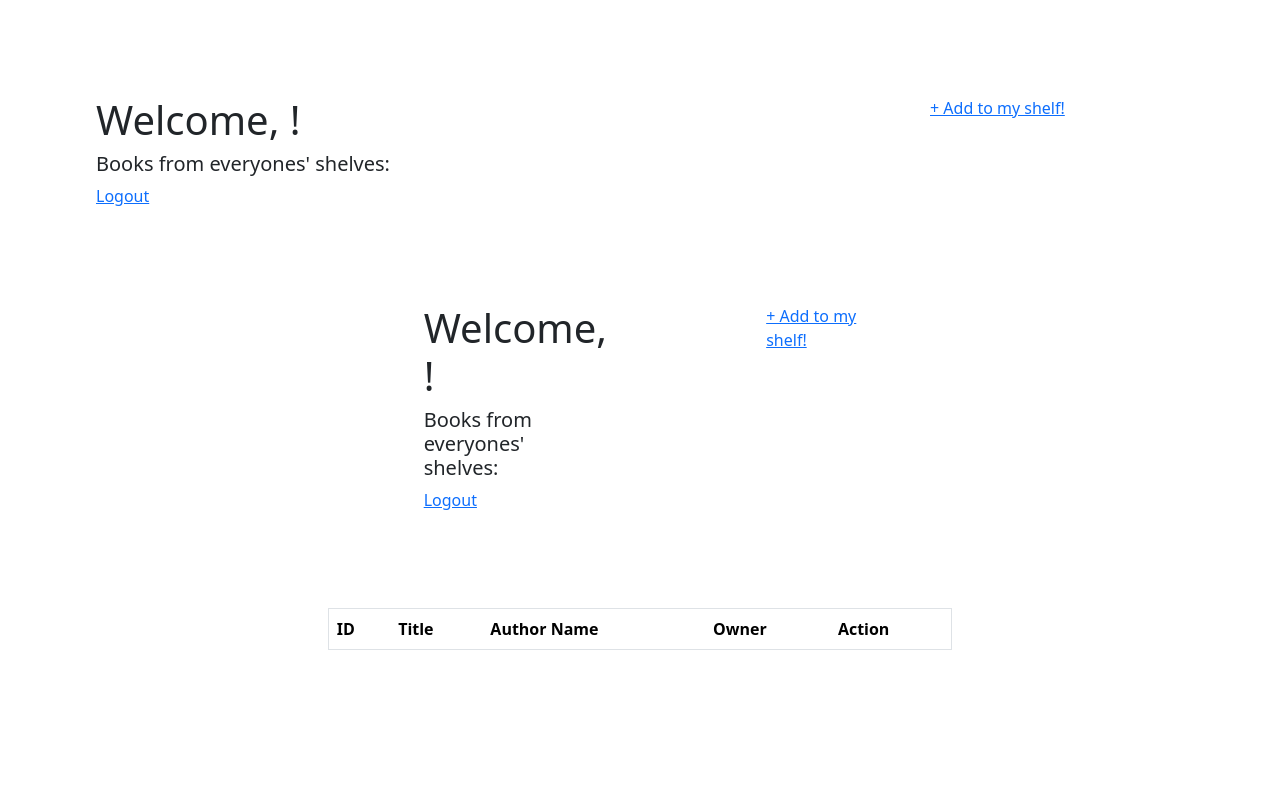
Repository: ShathaMorales/Java-Stack
Page: http://localhost/LoginRegistration/WEB-INF/home.jsp
These files come from the project's save history. The page is drawn as it stood at one moment and after the next save; the edit follows.
The browser window is 1280 px wide. The pictures show the whole page.
The page is served by Tomcat 10. Nobody is signed in. Other server files are loaded and not shown. The template is opened directly, without the code that normally fills it, so the values that code supplies are empty.

Above is the page before, as saved 2023-05-13 15:15:52.

### _java/FullSpring/BookBroker/LoginRegistration/src/main/webapp/WEB-INF/home.jsp
<%@ page language="java" contentType="text/html; charset=UTF-8" pageEncoding="UTF-8"%>
<!-- c:out ; c:forEach etc. -->
<%@ taglib prefix = "c" uri = "http://java.sun.com/jsp/jstl/core" %>
<!-- Formatting (dates) -->
<%@ taglib uri="http://java.sun.com/jsp/jstl/fmt" prefix="fmt"  %>
<!-- form:form -->
<%@ taglib prefix="form" uri="http://www.springframework.org/tags/form"%>
<!-- for rendering errors on PUT routes -->
<%@ page isErrorPage="true" %>
<!DOCTYPE html>
<html>
<head>
<meta charset="UTF-8">
<link href="https://cdn.jsdelivr.net/npm/bootstrap@5.3.0-alpha3/dist/css/bootstrap.min.css" rel="stylesheet" integrity="sha384-KK94CHFLLe+nY2dmCWGMq91rCGa5gtU4mk92HdvYe+M/SXH301p5ILy+dN9+nJOZ" crossorigin="anonymous">
<title>Dashboard</title>
</head>
<body>
    <div class = "container-md-fluid m-5 p-5">
        <div class = "row justify-content-between">
            <div class = "col-5">
                <h1>Welcome, <c:out value="${userName}"></c:out>!</h1>
                <h5>Books from everyones' shelves:</h5>
                <a href="/logout">Logout</a>
            </div>
              <div class = "col-3 ">
              <!-- <a href="/logout">Logout</a> -->
              <a href="/books/new">+ Add to my shelf!</a>
            </div>
        </div>
           <div class = "row justify-content-center">
            <div class = "col-7 align-self-center">
            	<table class="table border col-5 mb-5">
            	    <div class = "container-md-fluid m-5 p-5">
        <div class = "row justify-content-between">
            <div class = "col-5">
                <h1>Welcome, <c:out value="${userName}"></c:out>!</h1>
                <h5>Books from everyones' shelves:</h5>
                <a href="/logout">Logout</a>
            </div>
              <div class = "col-3 ">
              <!-- <a href="/logout">Logout</a> -->
              <a href="/books/new">+ Add to my shelf!</a>
            </div>
        </div>
				  <thead>
				    <tr>
				      <th scope="col">ID</th>
				      <th scope="col">Title</th>
				      <th scope="col">Author Name</th>
				      <th scope="col">Owner</th>
				      <th scope="col">Action</th>
				    </tr>
				  </thead>
				  <tbody>
				  <c:forEach var="book" items="${books}">
				    <tr>
				      <th scope="row"><c:out value="${book.id}"></c:out></th>
				      <td><a href="/books/${book.id}"><c:out value="${book.title}"></c:out></a></td>
				      <td><c:out value="${book.author}"></c:out></td>
				      <td><c:out value="${book.user.userName}"></c:out></td>
				      <c:if test = "${user_id == book.user.id}">
				      		<td><a href="/books/${book.id}/edit">edit</a> | <a href="/books/${book.id}/delete">delete</a></td>
				      </c:if>
				      <c:if test = "${user_id != book.user.id}">
				      		<td><a href="/books/${book.id}/borrow">borrow</a></td>
				      </c:if>
				    </tr>
				    </c:forEach>
				</table>
            </div>
        </div>
    </div>
</body>
</html>

After the next save:
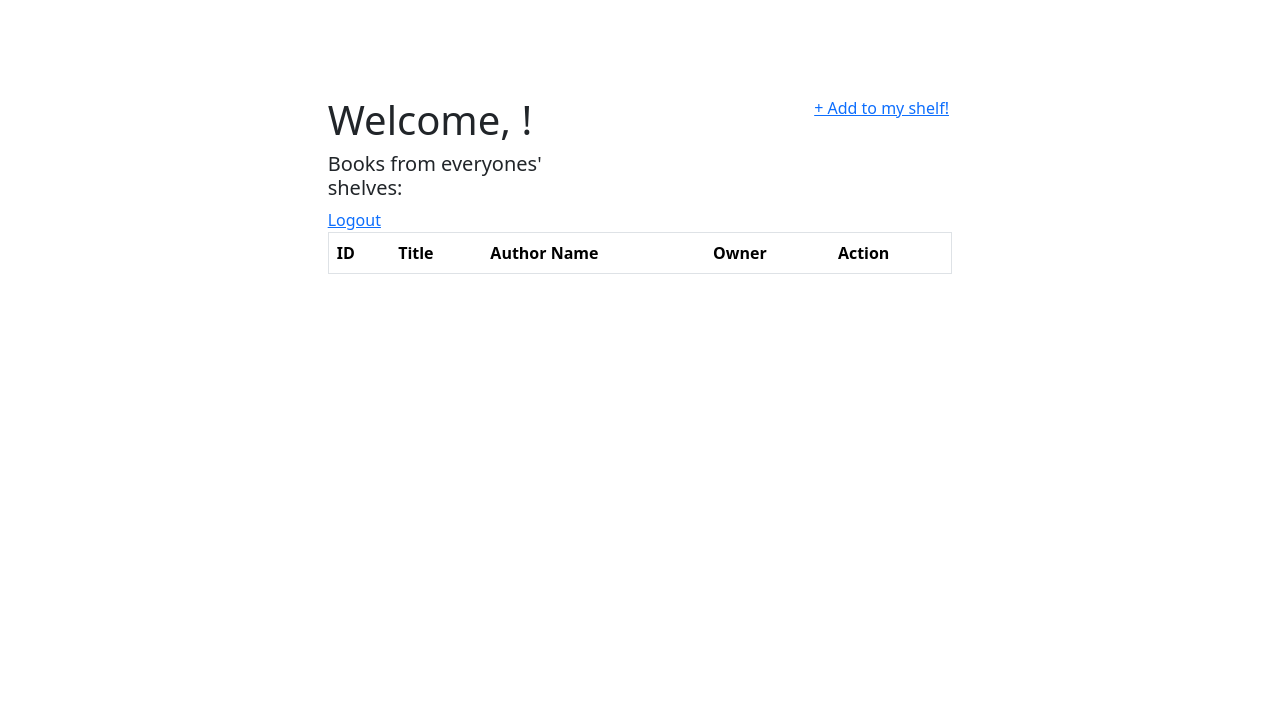
Saved 32 s later.
--- a/_java/FullSpring/BookBroker/LoginRegistration/src/main/webapp/WEB-INF/home.jsp
+++ b/_java/FullSpring/BookBroker/LoginRegistration/src/main/webapp/WEB-INF/home.jsp
@@ -16,22 +16,11 @@
 </head>
 <body>
     <div class = "container-md-fluid m-5 p-5">
-        <div class = "row justify-content-between">
-            <div class = "col-5">
-                <h1>Welcome, <c:out value="${userName}"></c:out>!</h1>
-                <h5>Books from everyones' shelves:</h5>
-                <a href="/logout">Logout</a>
-            </div>
-              <div class = "col-3 ">
-              <!-- <a href="/logout">Logout</a> -->
-              <a href="/books/new">+ Add to my shelf!</a>
-            </div>
-        </div>
+
            <div class = "row justify-content-center">
             <div class = "col-7 align-self-center">
             	<table class="table border col-5 mb-5">
-            	    <div class = "container-md-fluid m-5 p-5">
-        <div class = "row justify-content-between">
+            	      <div class = "row justify-content-between">
             <div class = "col-5">
                 <h1>Welcome, <c:out value="${userName}"></c:out>!</h1>
                 <h5>Books from everyones' shelves:</h5>
